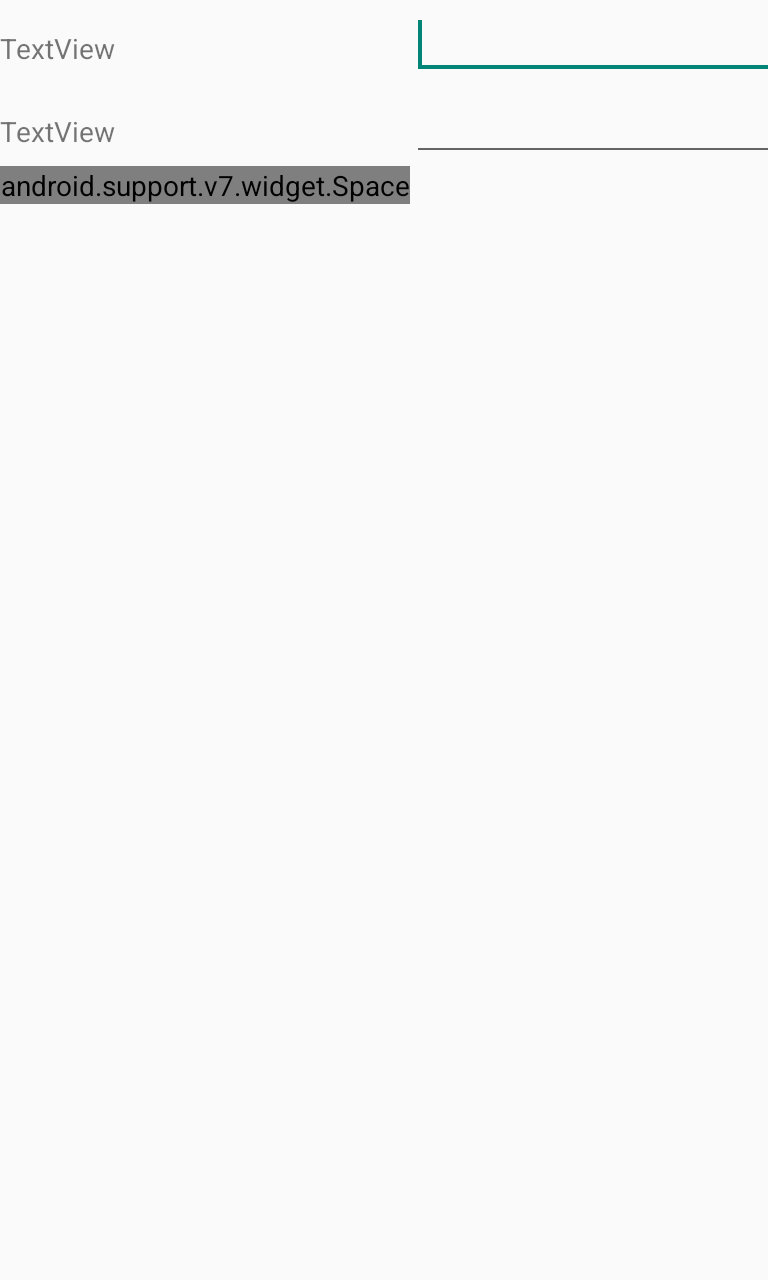
Repository: zieckey/androidworkspace
Layout: LoginTableLayout/res/layout/activity_main.xml
An editor plug-in stored every save of this project. The layout is shown before and after the next save, followed by the edit.
Pictures or frames that could not be fetched are drawn as grey boxes. It is drawn on a 768 x 1280 px phone screen (xhdpi) without system bars, with theme AppTheme; the app's code is not run.

Above is the layout before, as saved 2014-09-07 08:52:53.

### LoginTableLayout/res/layout/activity_main.xml
<FrameLayout xmlns:android="http://schemas.android.com/apk/res/android"
    xmlns:tools="http://schemas.android.com/tools"
    android:id="@+id/container"
    android:layout_width="match_parent"
    android:layout_height="match_parent"
    tools:context="com.jely.login.MainActivity"
    tools:ignore="MergeRootFrame" >

    <TableLayout
        android:layout_width="match_parent"
        android:layout_height="match_parent" >

        <TableRow
            android:id="@+id/tableRow1"
            android:layout_width="wrap_content"
            android:layout_height="wrap_content" >

            <TextView
                android:id="@+id/textView1"
                android:layout_width="wrap_content"
                android:layout_height="wrap_content"
                android:text="TextView" />

            <EditText
                android:id="@+id/editText1"
                android:layout_width="wrap_content"
                android:layout_height="wrap_content"
                android:ems="10" >

                <requestFocus />
            </EditText>

        </TableRow>

        <TableRow
            android:id="@+id/tableRow2"
            android:layout_width="wrap_content"
            android:layout_height="wrap_content" >

            <TextView
                android:id="@+id/textView2"
                android:layout_width="wrap_content"
                android:layout_height="wrap_content"
                android:text="TextView" />

            <EditText
                android:id="@+id/editText2"
                android:layout_width="wrap_content"
                android:layout_height="wrap_content"
                android:ems="10" />

        </TableRow>

        <TableRow
            android:id="@+id/tableRow3"
            android:layout_width="wrap_content"
            android:layout_height="wrap_content" >

            <android.support.v7.widget.Space
                android:id="@+id/space1"
                android:layout_width="wrap_content"
                android:layout_height="wrap_content" />

        </TableRow>

    </TableLayout>

</FrameLayout>

Loaded but not shown: LoginTableLayout/res/values/styles.xml (common file); LoginTableLayout/res/values-v11/styles.xml (common file); LoginTableLayout/res/values-v14/styles.xml (common file)

After the next save:
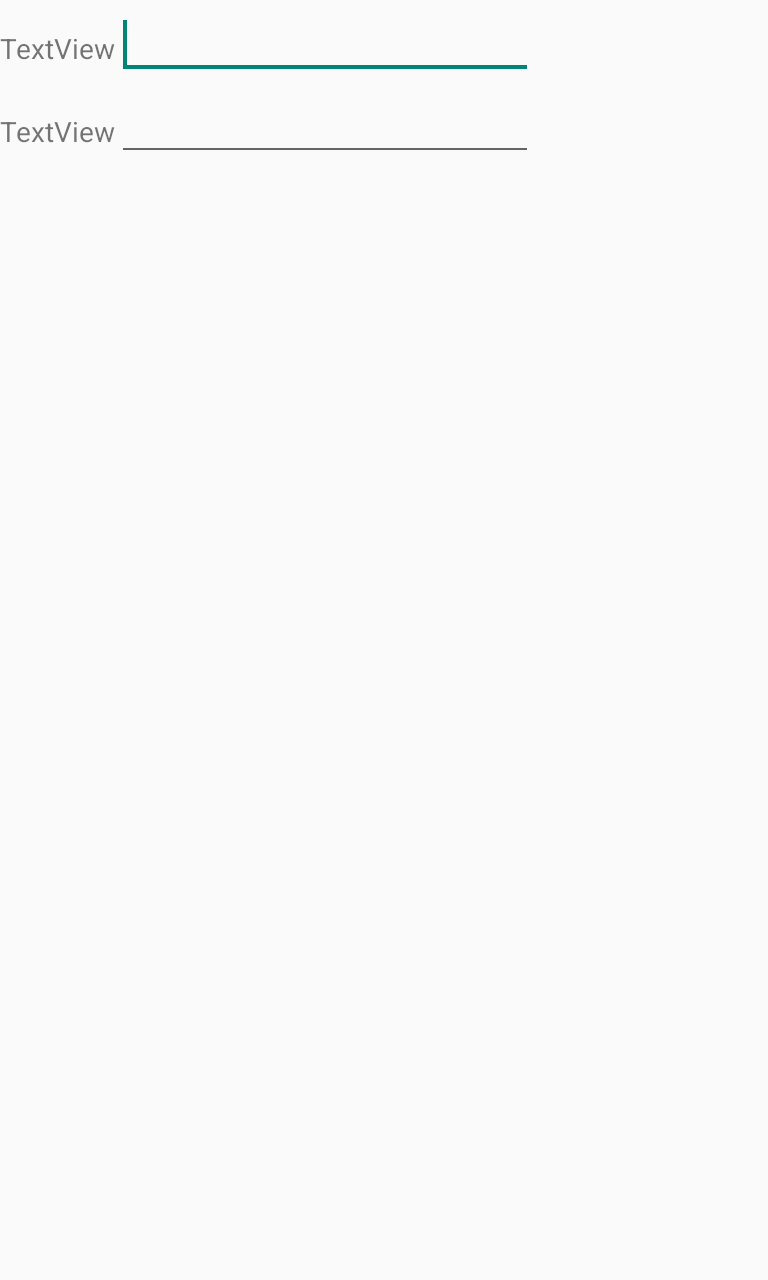
Saved 24 s later.
--- a/LoginTableLayout/res/layout/activity_main.xml
+++ b/LoginTableLayout/res/layout/activity_main.xml
@@ -56,11 +56,12 @@
             android:layout_width="wrap_content"
             android:layout_height="wrap_content" >
 
-            <android.support.v7.widget.Space
-                android:id="@+id/space1"
-                android:layout_width="wrap_content"
-                android:layout_height="wrap_content" />
+        </TableRow>
 
+        <TableRow
+            android:id="@+id/tableRow4"
+            android:layout_width="wrap_content"
+            android:layout_height="wrap_content" >
         </TableRow>
 
     </TableLayout>
